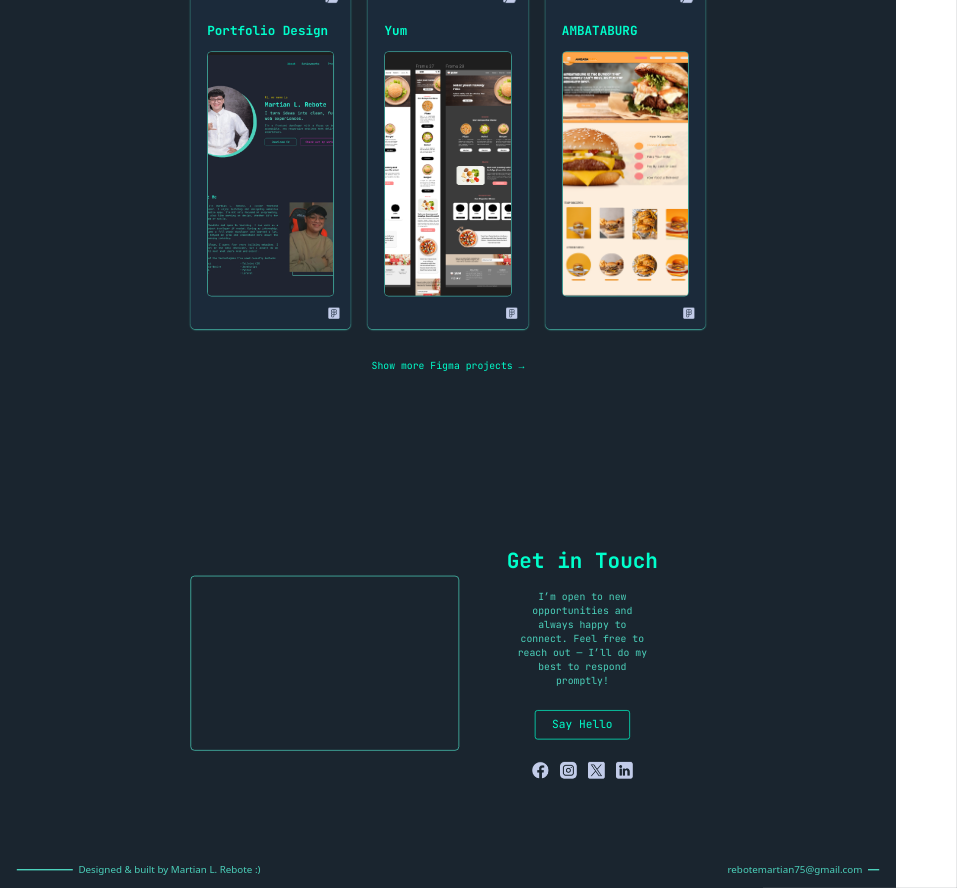
Repository: m4rsu-code/Portfolio
Page: / (app in my-portfolio/)
An editor plug-in stored every save of this project. The page is shown before and after the next save, followed by the edit.
The browser window is 1280 px wide. The page is 1367 px wide, so the pictures cover 1367 px, including what lies to the right of the window. The pictures show the part of the page from y = 3819 to 5579 px (the page is 5087 px tall before and 5579 px after), at 70% of full size.
The project was rebuilt for these pictures with package versions that can differ from the ones it lists, and the page was loaded fresh each time. Also part of the build but not shown: my-portfolio/vite.config.js, my-portfolio/src/assets/components/Modal/AchievementModal.jsx, my-portfolio/src/AchievementsPage.jsx, my-portfolio/src/ProjectPage.jsx, my-portfolio/src/FigmaProjectsPage.jsx.

Above is the page before, as saved 2025-08-04 18:33:20.

### my-portfolio/src/assets/CSS/index.css
@import "tailwindcss";

@layer base {
  .font-jetbrains-mono {
    font-family: 'JetBrains Mono', monospace;
  }
}

### my-portfolio/src/App.jsx
import { useState } from 'react';
import { Link } from 'react-router-dom';
import Navbar from './assets/components/Navbar';
import AchievementModal from './assets/components/Modal/AchievementModal';
import './assets/CSS/animation.css';
import { achievements, projects, figmaProjects } from './assets/components/data';
import ScrollToTopButton from './assets/components/ScrollToTopButton';

function App() {
  const [isModalOpen, setIsModalOpen] = useState(false);
  const [selectedAchievement, setSelectedAchievement] = useState(null);

  const openModal = (achievement) => {
    setSelectedAchievement(achievement);
    setIsModalOpen(true);
  };

  const closeModal = () => {
    setIsModalOpen(false);
    setSelectedAchievement(null);
  };

  return (
    <div className='min-h-screen bg-[#1A252F]'>
      <Navbar />
      <ScrollToTopButton />
      <div className='w-full px-60 py-10'>
        {/* Introduction Section */}
        <div className="flex flex-col items-center justify-center mt-30">
          <div className="flex flex-col md:flex-row items-center justify-center gap-35 px-8 py-16">
            {/* Image with Glowing Effect */}
            <div className="relative">
              <div className="rounded-full border-[2px] border-[#00FFCC] overflow-hidden w-[500px] h-[500px] animate-glow">
                <img
                  src="/Images/me.png"
                  alt="Martian L. Rebote"
                  className="object-cover w-full h-full"
                />
              </div>
            </div>

            {/* Text Content */}
            <div className="text-center md:text-left font-jetbrains-mono">
              <div className='w-full md:w-[750px]'>
                <p className="text-[#FFEA00] text-[18px]">Hi, my name is</p>
                <h1 className="text-[#00FFCC] text-[45px] font-bold mt-2">Martian L. Rebote</h1>
                <p className="text-base text-[30px] font-bold text-[#57CDB9] mt-4">
                  I turn ideas into clean, functional web experiences.
                </p>
                <p className="mt-4 text-[#4CD2BC] leading-relaxed text-[18px]">
                  I’m a frontend developer with a focus on building fast, accessible, and responsive websites that deliver great user experiences.
                </p>
              </div>

              <div className="mt-6 flex flex-col sm:flex-row items-center gap-4">
                <a href="/Martian_Rebote_CV.pdf" className="border border-[#00FFCC] px-5 py-2 rounded-md text-[#00FFCC] hover:bg-[#00FFCC] hover:text-black transition-colors">
                  Download CV
                </a>
                <a href="#projects" className="border border-[#FF38E5] px-5 py-2 rounded-md text-[#FF38E5] hover:bg-[#FF38E5] hover:text-black transition-colors">
                  Check out my work!
                </a>
              </div>
            </div>
          </div>
        </div>

        {/* About Me Section */}
        <div id="about" className="flex flex-col mt-30">
          <div className='flex flex-col md:flex-row items-center justify-between gap-10 px-8 py-16'>
            <div className='w-full md:w-[800px] text-left font-jetbrains-mono'>
              <h2 className='text-[#31FFDD] text-[30px] font-bold mb-7'>About Me</h2>
              <div className='w-full md:w-[900px] text-justify px-5'>
                <p className='text-[#4CD2BC] text-[18px] mt-4'>
                  Hi, I’m Martian L. Rebote, a junior frontend developer. I enjoy building and designing websites and mobile apps. I’m not only focused on programming, but I also like working on design, whether it’s for the web or mobile.
                </p>
                <p className='text-[#4CD2BC] text-[18px] mt-4'>
                  I’m flexible and open to learning. I can work as a full-stack developer if needed. During my internship, I became a full-stack developer and learned a lot, which helped me grow and understand more about the programming industry.
                </p>
                <p className='text-[#4CD2BC] text-[18px] mt-4'>
                  Some of the technologies I’ve used recently include:
                </p>

                <div className='flex flex-col sm:flex-row gap-10 mt-4'>
                  <ul className='text-[#4CD2BC] text-[18px] mt-2 list-disc pl-5'>
                    <li>React</li>
                    <li>React-Native</li>
                    <li>HTML</li>
                    <li>CSS</li>
                  </ul>
                  <ul className='text-[#4CD2BC] text-[18px] mt-2 list-disc pl-5'>
                    <li>Tailwind CSS</li>
                    <li>JavaScript</li>
                    <li>Python</li>
                    <li>Laravel</li>
                  </ul>
                </div>
              </div>
            </div>

            <div className="relative image-container w-[380px] h-[450px] group cursor-pointer">
              <div className="absolute left-5 w-full h-full border-3 border-[#00FFCC] rounded-[10px] uneven-box z-0 transition-transform duration-300 ease-in-out"></div>
              <div className="relative z-10 rounded-[10px] overflow-hidden w-full h-full transition-transform duration-300 ease-in-out group-hover:translate-x-[-10px] group-hover:translate-y-[-10px]">
                <img
                  src="/Images/me2.jpg"
                  alt="Martian L. Rebote"
                  className="object-cover w-full h-full"
                />
              </div>
            </div>
          </div>
        </div>

        {/* Achievements Section */}
        <div id="achievements" className="flex flex-col mt-30 px-8 py-16 font-jetbrains-mono">
          <h2 className="text-[#31FFDD] text-[30px] font-bold mb-12">Notable Achievements</h2>

          {/* Cards Grid - Limited to first 2 achievements */}
          <div>
            {/* First Row */}
            <div className="grid md:grid-cols-2 gap-10">
              {/* Left card (code-like box with image) */}
              <div className="bg-[#1B2A3A] rounded-lg p-4 flex flex-col h-96">
                <div className="flex gap-2 mb-4">
                  <div className="w-3 h-3 bg-red-500 rounded-full"></div>
                  <div className="w-3 h-3 bg-yellow-500 rounded-full"></div>
                  <div className="w-3 h-3 bg-green-500 rounded-full"></div>
                </div>
                <div
                  className="border border-[#4CD2BC] rounded-md flex-grow overflow-hidden group cursor-pointer"
                  onClick={() => openModal(achievements[0])}
                >
                  <img
                    src={achievements[0].image}
                    alt="Achievement Image"
                    className="w-full h-full object-cover transition-transform duration-300 ease-in-out group-hover:scale-110"
                  />
                </div>
              </div>

              {/* Right card (trophy + achievement with text) */}
              <div className="flex flex-col h-64">
                <p className="text-[#31FFDD] text-sm mb-2">Featured Achievement</p>
                <h3 className="text-[#31FFDD] text-lg font-bold flex items-center gap-2">
                  🏆 {achievements[0].title}
                </h3>
                <div className="border border-[#4CD2BC] rounded-md flex-grow mt-4 p-4 text-[#4CD2BC] text-sm overflow-auto">
                  {achievements[0].description}
                </div>
                <p className="text-[#4CD2BC] text-sm mt-2">Date: {achievements[0].date}</p>
              </div>
            </div>

            {/* Second Row */}
            <div className="grid md:grid-cols-2 gap-10 mt-10">
              {/* Left card (trophy + achievement with text) */}
              <div className="flex flex-col h-64">
                <p className="text-[#31FFDD] text-sm mb-2">Featured Achievement</p>
                <h3 className="text-[#31FFDD] text-lg font-bold flex items-center gap-2">
                  🏆 {achievements[1].title}
                </h3>
                <div className="border border-[#4CD2BC] rounded-md flex-grow mt-4 p-4 text-[#4CD2BC] text-sm overflow-auto">
                  {achievements[1].description}
                </div>
                <p className="text-[#4CD2BC] text-sm mt-2">Date: {achievements[1].date}</p>
              </div>

              {/* Right card (code-like box with image) */}
              <div className="bg-[#1B2A3A] rounded-lg p-4 flex flex-col h-96">
                <div className="flex gap-2 mb-4">
                  <div className="w-3 h-3 bg-red-500 rounded-full"></div>
                  <div className="w-3 h-3 bg-yellow-500 rounded-full"></div>
                  <div className="w-3 h-3 bg-green-500 rounded-full"></div>
                </div>
                <div
                  className="border border-[#4CD2BC] rounded-md flex-grow overflow-hidden group cursor-pointer"
                  onClick={() => openModal(achievements[1])}
                >
                  <img
                    src={achievements[1].image}
                    alt="Achievement Image"
                    className="w-full h-full object-cover transition-transform duration-300 ease-in-out group-hover:scale-110"
                  />
                </div>
              </div>
            </div>
          </div>

          {/* Show more link */}
          <div className="text-center mt-10">
            <Link
                to="/achievements"
                state={{ achievements }}
                className="text-[#31FFDD] text-sm hover:underline"
              >
                Show more achievements →
              </Link>
          </div>
        </div>

        {/* Project Section */}
        <div id='projects' className="flex flex-col mt-30 px-8 py-16 font-jetbrains-mono">
          <h2 className="text-[#31FFDD] text-[30px] text-center font-bold mb-12">Featured Projects</h2>
          <div className="grid grid-cols-1 sm:grid-cols-2 lg:grid-cols-3 gap-6">
            {projects.slice(0, 6).map((project) => (
              <div
                key={project.id}
                className="bg-[#1B2A3A] rounded-lg p-4 flex flex-col h-48 relative group shadow-xs shadow-[#4CD2BC] cursor-pointer transform transition-transform duration-300 ease-in-out hover:-translate-y-2"
              >
                <div className="flex gap-2">
                  <div className="w-3 h-3 bg-red-500 rounded-full"></div>
                  <div className="w-3 h-3 bg-yellow-500 rounded-full"></div>
                  <div className="w-3 h-3 bg-green-500 rounded-full"></div>
                  <div className="justify-end ml-auto">
                    <img src="/Images/open-folder.png" alt="Folder Icon" className="w-5 h-5" />
                  </div>
                </div>
                <div className="text-left rounded-md flex-grow p-4">
                  <h3 className="text-[#00FFCC] text-[18px] font-bold mb-2">{project.title}</h3>
                  <p className="text-[#4CD2BC] text-[10px]">{project.description}</p>
                </div>
                <div className="flex justify-end gap-2">
                  {project.githubLink ? (
                    <a href={project.githubLink} target="_blank" rel="noopener noreferrer" aria-label={`View ${project.title} on GitHub`}>
                      <img
                        src="/Images/github.png"
                        alt="GitHub Icon"
                        className="w-4 h-4 hover:invert hover:brightness-0 hover:sepia hover:saturate-[100%]"
                      />
                    </a>
                  ) : (
                    <img
                      src="/Images/github.png"
                      alt="GitHub Icon"
                      className="w-4 h-4 hover:invert hover:brightness-0 hover:sepia hover:saturate-[100%]"
                    />
                  )}
                  {project.title === 'Portfolio' && project.link && (
                    <a href={project.link} target="_blank" rel="noopener noreferrer" aria-label="View Portfolio Website">
                      <img
                        src="/Images/link.png"
                        alt="Link Icon"
                        className="w-4 h-4 hover:invert hover:brightness-0 hover:sepia hover:saturate-[100%]"
                      />
                    </a>
                  )}
                </div>
              </div>
            ))}
          </div>

          {projects.length > 6 && (
            <div className="text-center mt-10">
              <Link
                to="/projects"
                state={{ projects }}
                className="text-[#00FFCC] text-sm hover:underline"
              >
                Show more projects →
              </Link>
            </div>
          )}
        </div>

        {/* Figma Projects Section */}
        <div className="flex flex-col mt-30 px-8 py-16 font-jetbrains-mono">
          <h2 className="text-[#31FFDD] text-[30px] text-center font-bold mb-12">Figma Projects</h2>
          <div className="grid grid-cols-1 sm:grid-cols-2 lg:grid-cols-3 gap-6">
            {figmaProjects.slice(0, 3).map((project) => (
              <div
                key={project.id}
                className="bg-[#1B2A3A] rounded-lg p-4 flex flex-col h-[500px] relative group shadow-xs shadow-[#4CD2BC] cursor-pointer transform transition-transform duration-300 ease-in-out hover:-translate-y-2"
              >
                {/* Header with window controls and folder icon */}
                <div className="flex gap-2 mb-4">
                  <div className="w-3 h-3 bg-red-500 rounded-full"></div>
                  <div className="w-3 h-3 bg-yellow-500 rounded-full"></div>
                  <div className="w-3 h-3 bg-green-500 rounded-full"></div>
                  <div className="justify-end ml-auto">
                    <img src="/Images/open-folder.png" alt="Folder Icon" className="w-5 h-5" />
                  </div>
                </div>

                {/* Project Title */}
                <div className="flex items-start justify-start p-2">
                  <h3 className="text-[#00FFCC] text-[18px] font-bold">{project.title}</h3>
                </div>

                {/* Image with Border and No Overlap */}
                <div className="flex-grow flex items-center justify-center p-2">
                  <div className="border border-[#4CD2BC] rounded-md w-full h-[350px] overflow-hidden ">
                    <img
                      src={project.image}
                      alt={`${project.title} Image`}
                      className="w-full h-full object-cover"
                      onError={(e) => (e.target.src = '/Images/fallback.png')}
                      loading="lazy"
                    />
                  </div>
                </div>

                {/* Figma Link */}
                <div className="flex justify-end gap-2 mt-2">
                  {project.figmaLink && (
                    <a
                      href={project.figmaLink}
                      target="_blank"
                      rel="noopener noreferrer"
                      aria-label={`View ${project.title} on Figma`}
                    >
                      <img
                        src="/Images/figma.png"
                        alt="Figma Icon"
                        className="w-4 h-4 hover:invert hover:brightness-0 hover:sepia hover:saturate-[100%]"
                      />
                    </a>
                  )}
                </div>
              </div>
            ))}
          </div>
          {figmaProjects.length > 3 && (
            <div className="text-center mt-10">
              <Link
                to="/figma-projects"
                state={{ figmaProjects }}
                className="text-[#00FFCC] text-sm hover:underline"
              >
                Show more Figma projects →
              </Link>
            </div>
          )}
        </div>

        {/* Contact section */}
        <div className="flex flex-col mt-30 px-8 py-16 font-jetbrains-mono">
          <div className="flex  items-center justify-center w-full">

            {/* Left side — the outlined box */}
            <div className="border border-[#4CD2BC] md:w-[800px] md:h-[250px] rounded-md"></div>

            {/* Right side — text, button, and icons */}
            <div className="w-full text-center ">
              <h2 className="text-[#00FFCC] text-2xl md:text-3xl font-bold mb-6">Get in Touch</h2>
              <p className="text-[#4CD2BC] text-sm  mb-8 px-20">
                I’m open to new opportunities and always happy to connect. Feel free to reach out — I’ll do my best to respond promptly!
              </p>
              <button className="border border-[#00FFCC] text-[#00FFCC] px-6 py-2 rounded hover:bg-[#00FFCC] hover:text-[#131A26] transition duration-300 mb-8 cursor-pointer">
                Say Hello
              </button>

              {/* Social icons */}
              <div className="flex items-center justify-center md:justify-center gap-4">
                <a href="#" className="hover:text-[#00FFCC]">
                  <img src="/Images/facebook.png" alt="" className='w-6 h-6 hover:invert hover:brightness-0 hover:sepia hover:saturate-[100%]'/>
                </a>
                <a href="#" className="hover:text-[#00FFCC]">
                  <img src="/Images/instagram.png" alt="" className='w-6 h-6 hover:invert hover:brightness-0 hover:sepia hover:saturate-[100%]'/>
                </a>
                <a href="#" className="hover:text-[#00FFCC]">
                  <img src="/Images/twitter.png" alt="" className='w-6 h-6 hover:invert hover:brightness-0 hover:sepia hover:saturate-[100%]'/>
                </a>
                <a href="#" className="hover:text-[#00FFCC]">
                  <img src="/Images/linkedin.png" alt="" className='w-6 h-6 hover:invert hover:brightness-0 hover:sepia hover:saturate-[100%]'/>
                </a>
              </div>
            </div>
          </div>
        </div>
        {/* Modal */}
        {isModalOpen && selectedAchievement && (
          <AchievementModal
            image={selectedAchievement.image}
            title={selectedAchievement.title}
            description={selectedAchievement.description}
            date={selectedAchievement.date}
            onClose={closeModal}
          />
        )}
      </div>

      {/* Footer */}
      <footer className="text-[#4CD2BC] text-sm flex items-center p-4 justify-between px-6 relative">
        <span className="flex items-center">
          <span className="border-t-2 border-[#4CD2BC] w-20 mr-2"></span>
          Designed & built by Martian L. Rebote :)
        </span>
        <a href="mailto:rebotemartian75@gmail.com" className="text-[#4CD2BC] hover:underline flex items-center">
          rebotemartian75@gmail.com
          <span className="border-t-2 border-[#4CD2BC] w-4 ml-2"></span>
        </a>
      </footer>
    </div>
  );
}

export default App;

### my-portfolio/src/assets/components/ScrollToTop.jsx
import { useEffect } from 'react';
import { useLocation } from 'react-router-dom';

const ScrollToTop = () => {
  const { pathname } = useLocation();

  useEffect(() => {
    // Scrolls to the top of the window on pathname change
    window.scrollTo(0, 0);
  }, [pathname]);

  return null;
};

export default ScrollToTop;

### my-portfolio/src/assets/CSS/Navbar.css
.nav-link {
  position: relative;
  text-decoration: none;
}

.nav-link::after {
  content: '';
  position: absolute;
  width: 100%;
  height: 2px;
  bottom: -2px;
  left: 0;
  background-color: #31FFDD;
  transform: scaleX(0);
  transform-origin: bottom right;
  transition: transform 0.3s ease-in-out;
}

.nav-link:hover::after {
  transform: scaleX(1);
  transform-origin: bottom left;
}

Loaded but not shown: my-portfolio/index.html (common file); my-portfolio/src/assets/components/data.jsx (105 lines, source omitted); my-portfolio/src/assets/components/ScrollToTopButton.jsx (68 lines, source omitted); my-portfolio/src/assets/components/Navbar.jsx (20 lines, source omitted); my-portfolio/src/main.jsx (23 lines, source omitted); my-portfolio/src/assets/CSS/animation.css (37 lines, source omitted)

After the next save:
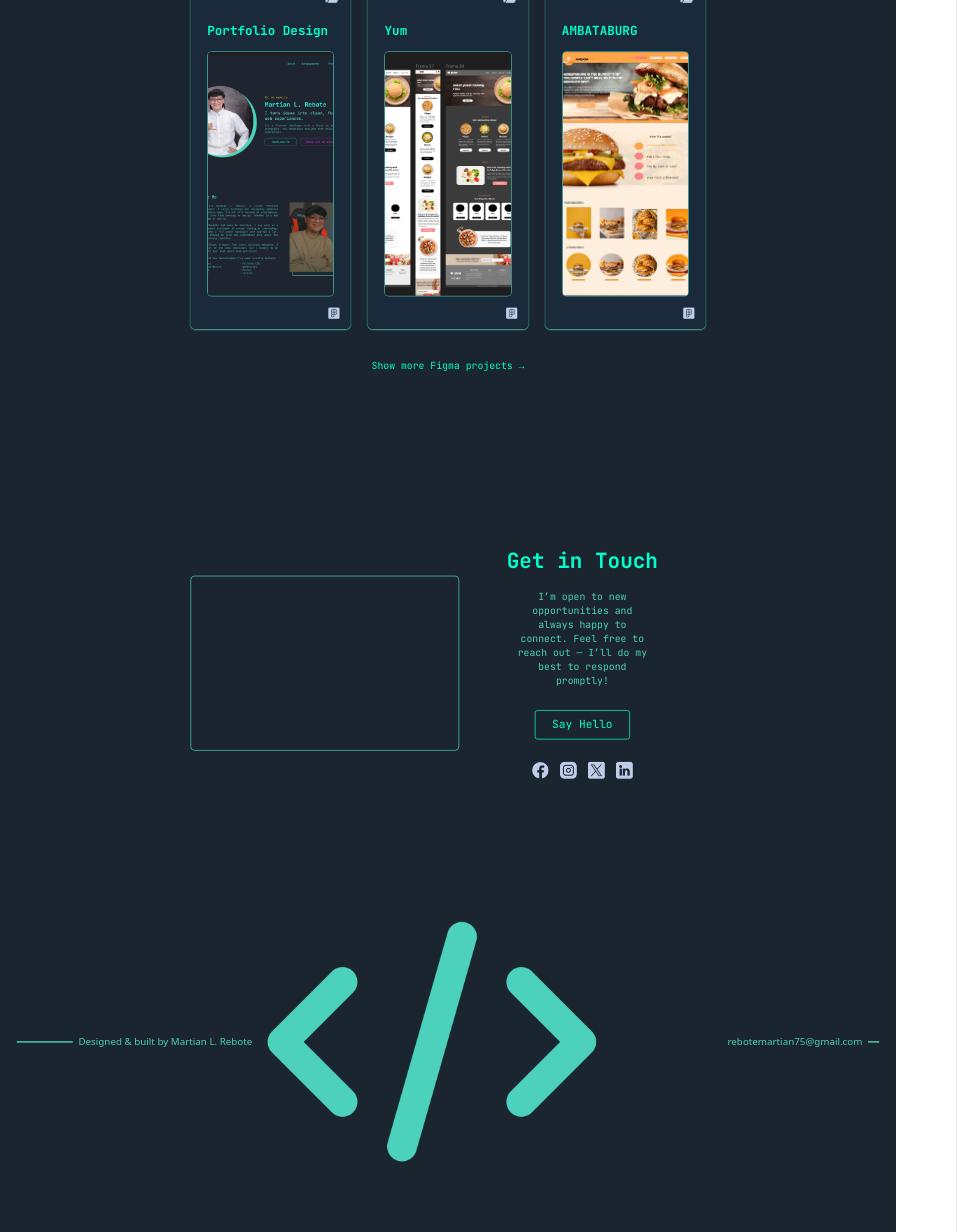
Saved 28 s later.
--- a/my-portfolio/src/App.jsx
+++ b/my-portfolio/src/App.jsx
@@ -382,7 +382,8 @@
       <footer className="text-[#4CD2BC] text-sm flex items-center p-4 justify-between px-6 relative">
         <span className="flex items-center">
           <span className="border-t-2 border-[#4CD2BC] w-20 mr-2"></span>
-          Designed & built by Martian L. Rebote :)
+          Designed & built by Martian L. Rebote
+          <img src="Images/code.png" alt="" />
         </span>
         <a href="mailto:rebotemartian75@gmail.com" className="text-[#4CD2BC] hover:underline flex items-center">
           rebotemartian75@gmail.com

After the save that followed:
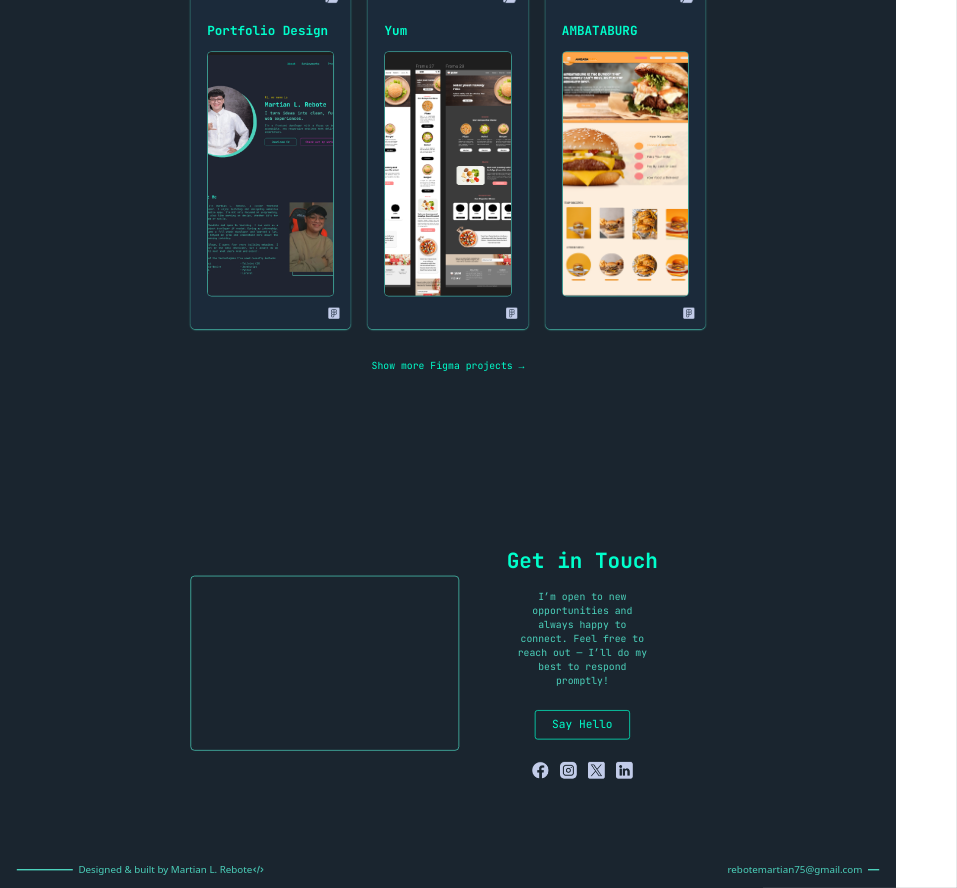
Saved 12 s later.
--- a/my-portfolio/src/App.jsx
+++ b/my-portfolio/src/App.jsx
@@ -383,7 +383,7 @@
         <span className="flex items-center">
           <span className="border-t-2 border-[#4CD2BC] w-20 mr-2"></span>
           Designed & built by Martian L. Rebote
-          <img src="Images/code.png" alt="" />
+          <img src="Images/code.png" alt="" className='w-4 h-4'/>
         </span>
         <a href="mailto:rebotemartian75@gmail.com" className="text-[#4CD2BC] hover:underline flex items-center">
           rebotemartian75@gmail.com
